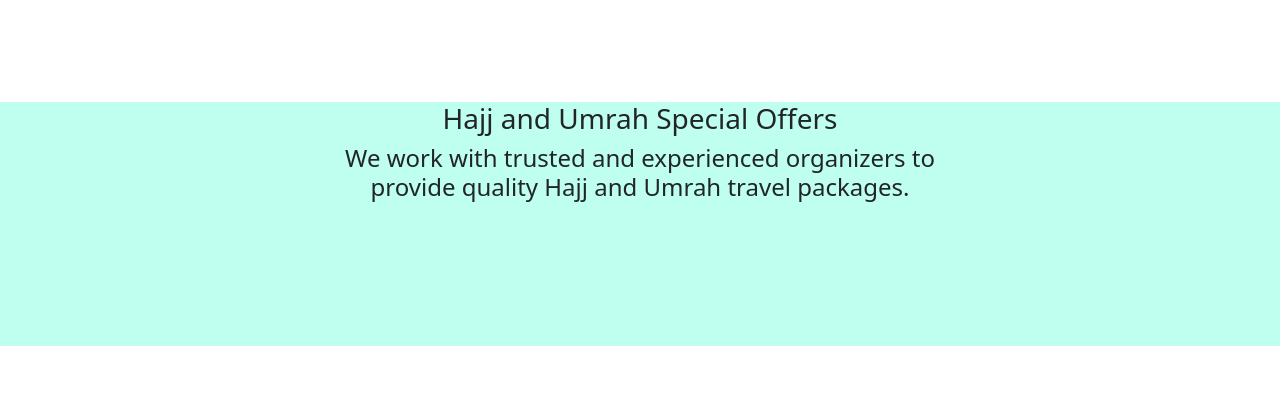
Repository: Putrabobi/Task7
Page: index.html
These files come from the project's save history. The page is drawn as it stood at one moment and after a run of saves; the edit follows.
The browser window is 1280 px wide. The pictures show the part of the page from y = 2419 to 3371 px (the page is 2813 px tall before and 3418 px after).
A picture or video elsewhere on the page could not be fetched, so the positions and the page height are approximate.

Above is the page before, as saved 2024-03-25 13:47:48.

### index.html
<!DOCTYPE html>
<html lang="en">

<head>
    <meta charset="UTF-8">
    <meta name="viewport" content="width=device-width, initial-scale=1.0">
    <title>Haji & Umroh</title>
    <link href="https://cdn.jsdelivr.net/npm/bootstrap@5.3.3/dist/css/bootstrap.min.css" rel="stylesheet"
        integrity="sha384-QWTKZyjpPEjISv5WaRU9OFeRpok6YctnYmDr5pNlyT2bRjXh0JMhjY6hW+ALEwIH" crossorigin="anonymous">
</head>

<body>

    <!-- Navbar -->
    <nav class="navbar navbar-expand-lg  bg-body-tertiary mb-4">
        <div class="container-fluid">
            <a class="navbar-brand" href="#">
                <span style="color: darkgreen;" class="fw-bold">Uda</span>
                <span style="color: olive;" class="fw-bold">Tour</span>
            </a>

            <button class="navbar-toggler" type="button" data-bs-toggle="collapse"
                data-bs-target="#navbarSupportedContent" aria-controls="navbarSupportedContent" aria-expanded="false"
                aria-label="Toggle navigation">
                <span class="navbar-toggler-icon"></span>
            </button>
            <div class="collapse navbar-collapse" id="navbarSupportedContent">
                <ul class="navbar-nav me-auto mb-2 mb-lg-0 mx-auto">
                    <li class="nav-item" style="margin-right: 30px;">
                        <a class="nav-link active" aria-current="page" href="#"
                            style="border-bottom: 4px solid #00570f; color: #000000;">Home</a>
                    </li>
                    <li class="nav-item" style="margin-right: 30px;">
                        <a class="nav-link" href="#" style="color: #000;">Haji</a>
                    </li>
                    <li class="nav-item" style="margin-right: 30px;">
                        <a class="nav-link disabled" style="color: #000;">Umroh</a>
                    </li>
                    <li class="nav-item" style="margin-right: 30px;">
                        <a class="nav-link disabled" style="color: #000;">Blog</a>
                    </li>
                    <li class="nav-item" style="margin-right: 30px;">
                        <a class="nav-link disabled" style="color: #000;">Gallery</a>
                    </li>
                </ul>
                <button class="btn btn-outline-dark" type="submit">Register</button>
            </div>

        </div>
    </nav>

    <!-- Background -->

    <div class="position-relative text-center mb-5">
        <img src="images/mekkah.jpg" style="filter: brightness(50%);" alt="Mekkah" width="100%">
        <h1 class="position-absolute top-0 start-50 translate-middle-x text-light" style="margin-top: 5%;">Take you on a holy journey</h1>
        <h5 class="position-absolute top-0 start-50 translate-middle-x text-light" style="margin-top: 45%;">Find the best Hajj travel package that suits your needs. Enjoy a worship experience guided by a professional and experienced team.</h5>
        <button type="button" style="position: absolute; bottom: 20px; left: 50%; transform: translateX(-50%); background-color: green; color: white; padding: 10px 50px; border: none; border-radius: 100px; cursor: pointer;">Explore</button>
    </div>

    <!-- Maskapai -->

    <div style="text-align: center;">
        <h1>Our Partner</h1>
        <img src="images/maskapai1.png" alt="maskapai1" style="width: 350px;">
        <img src="images/maskapai2.png" alt="maskapai2" style="width: 350px;">
        <img src="images/maskapai3.png" alt="maskapai3" style="width: 350px;">
        <img src="images/maskapai4.png" alt="maskapai4" style="width: 350px;">
    </div>

    <div>
        <svg xmlns="http://www.w3.org/2000/svg" viewBox="0 0 1440 320">
            <path fill="#8f6b00" fill-opacity="1" d="M0,64L120,96C240,128,480,192,720,192C960,192,1200,128,1320,96L1440,64L1440,320L1320,320C1200,320,960,320,720,320C480,320,240,320,120,320L0,320Z"></path>>
        </svg>
    </div>
    <div style="background-color: #8f6b00; position: relative;" class="text-white">
        <div class="container d-flex justify-content-center align-items-center">
          <div class="row">
            <div class=" text-center">
              <h3 class="fw-bold pb-3">Hajj and Umrah Program</h3>
              <h5 class="py-3 mb-3" style="width: 50%; margin: 0 auto;">Find complete and well-organized Hajj and Umrah
                programs. Get a package that meets your needs for a meaningful spiritual journey.</h5>
              <button class="btn text-light padding: 10px 50px rounded-5 px-5 py-2 shadow"
                style="background-color: #00730c;">Explore</button>
            </div>
            <div class="">
              <img src="img/kabah_only.png" alt="" width="20%"
                style="position: absolute; left: 25; top: 50%; transform: translateY(-50%);">
            </div>
          </div>
        </div>
        <svg xmlns="http://www.w3.org/2000/svg" viewBox="0 0 1440 320">
          <path fill="#ffffff" fill-opacity="1"
            d="M0,160L120,138.7C240,117,480,75,720,74.7C960,75,1200,117,1320,138.7L1440,160L1440,320L1320,320C1200,320,960,320,720,320C480,320,240,320,120,320L0,320Z">
          </path>
        </svg>
      </div>

      <div class="">
        <img src="images/mekkah4.png" alt="" width="20%" style="position: absolute; left: 5%; top: 250%;  transform: translateY(-50%);">
    </div>

    </div>
  </div>
  <svg xmlns="http://www.w3.org/2000/svg" viewBox="0 0 1440 320">
    <path fill="#ffffff" fill-opacity="1"
      d="M0,160L120,138.7C240,117,480,75,720,74.7C960,75,1200,117,1320,138.7L1440,160L1440,320L1320,320C1200,320,960,320,720,320C480,320,240,320,120,320L0,320Z">
    </path>
  </svg>
</div>
</div>

<div class="my-5" style="background-color: rgb(191, 255, 239); text-align: center;">
    <div style="margin: 0 auto; max-width: 600px;">
        <h3>Hajj and Umrah Special Offers</h3>
        <h4>We work with trusted and experienced organizers to provide quality Hajj and Umrah travel packages.</h4>
    </div>
    <div class="my-5 mx-5 px-5 pb-5 justify-content-center">
        <div class="card-group mx-5 pb-5">
            <div class="card mx-2 border-0" style="width: 20rem; background-color: rgb(191, 255, 239);">
                <img src="" alt="">
            </div>
        </div>
    </div>
</div>









</body>

</html>

After the next 3 saves:
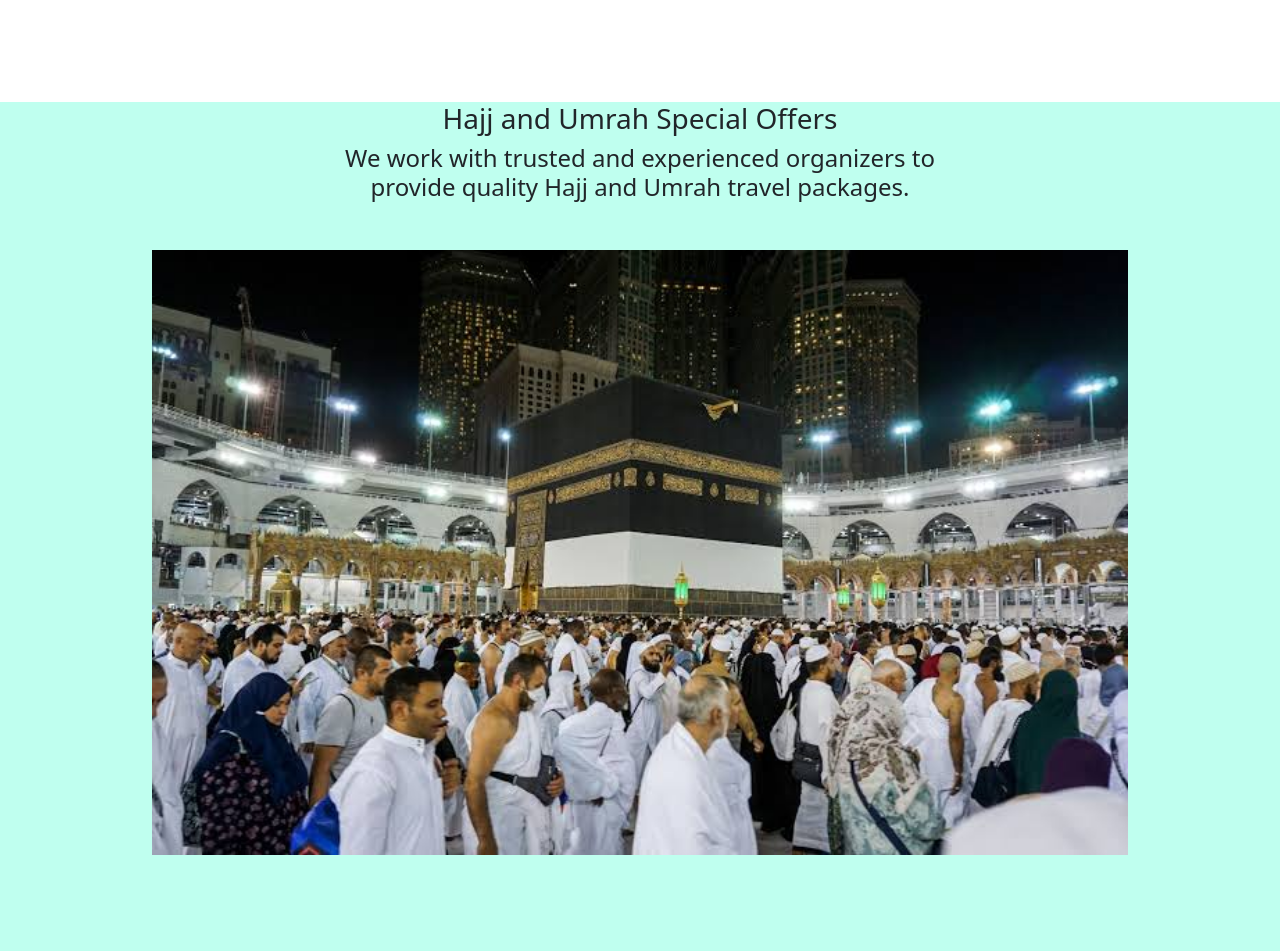
The 3 saves are shown as one change because they came seconds apart.
The last was saved 33 s later.
--- a/index.html
+++ b/index.html
@@ -118,7 +118,7 @@
     <div class="my-5 mx-5 px-5 pb-5 justify-content-center">
         <div class="card-group mx-5 pb-5">
             <div class="card mx-2 border-0" style="width: 20rem; background-color: rgb(191, 255, 239);">
-                <img src="" alt="">
+                <img src="images/mekkah1.jpeg" alt="">
             </div>
         </div>
     </div>
